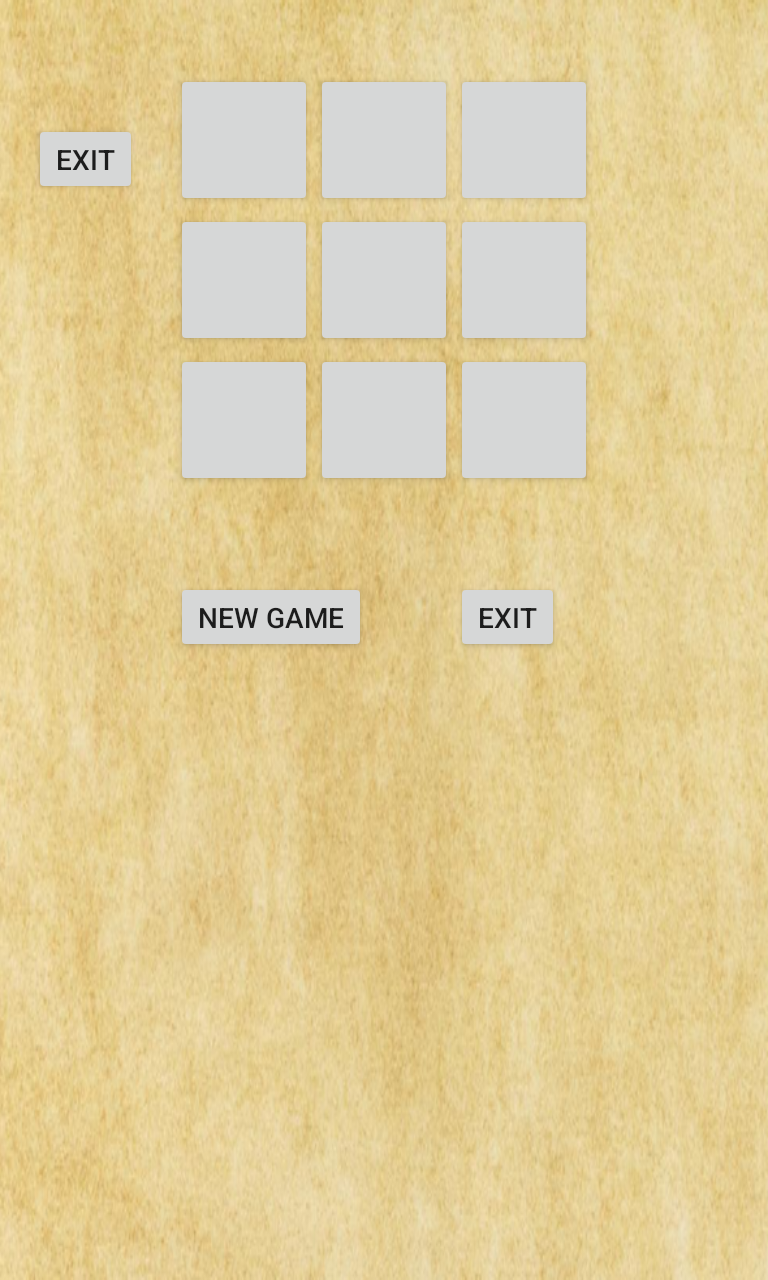
Repository: dtakiy/jogovelha
Layout: games/res/layout/activity_main.xml
An editor plug-in stored every save of this project. The layout is shown before and after the next save, followed by the edit.
It is drawn on a 768 x 1280 px phone screen (xhdpi) without system bars, with theme AppTheme; the app's code is not run.

Above is the layout before, as saved 2014-09-18 00:32:40.

After the next save:
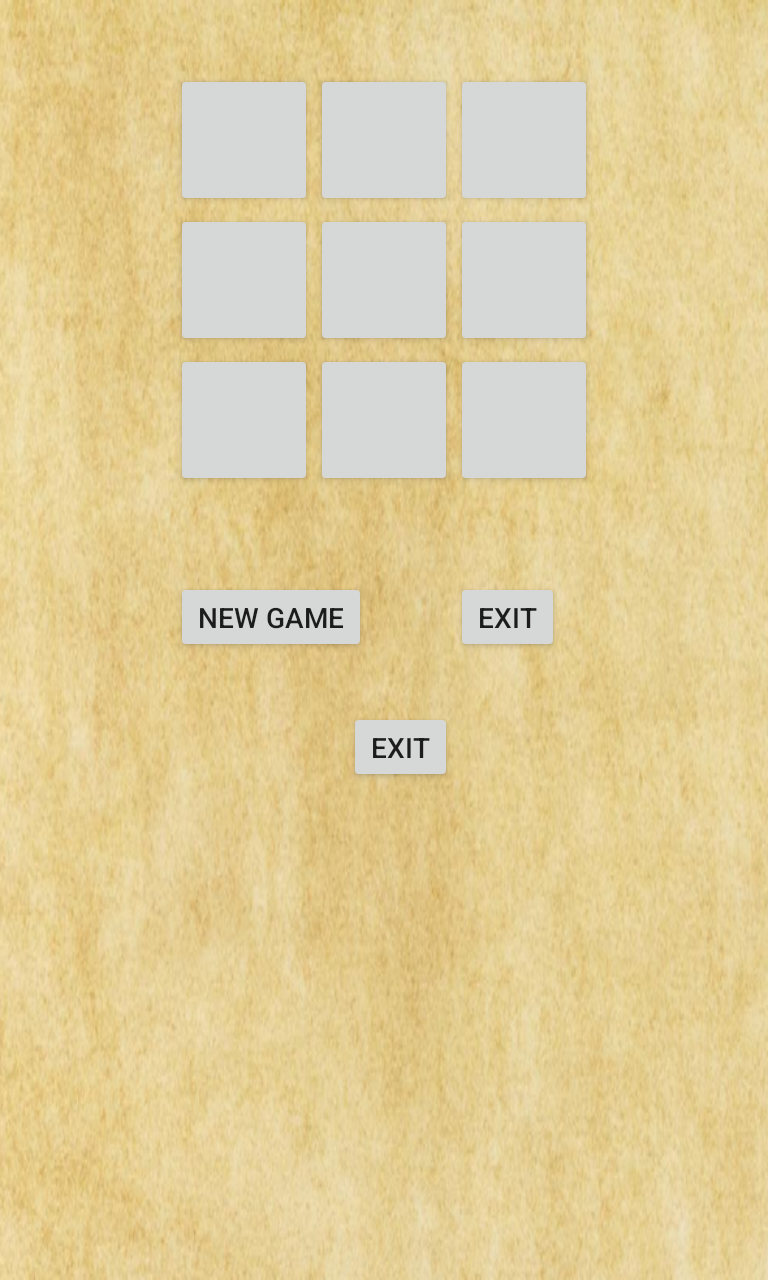
Saved 81 s later.
--- a/games/res/layout/activity_main.xml
+++ b/games/res/layout/activity_main.xml
@@ -125,12 +125,14 @@
 		    android:text="@string/sair" />
 
 	  <Button
-		    android:id="@+id/p1"
-		    android:layout_width="wrap_content"
-		    android:layout_height="wrap_content"
-		    android:layout_marginTop="44dp"
-		    android:minHeight="20dip"
-		    android:minWidth="20dip"
-		    android:text="@string/sair" />
+	      android:id="@+id/p1"
+	      android:layout_width="wrap_content"
+	      android:layout_height="wrap_content"
+	      android:layout_below="@+id/newgame"
+	      android:layout_marginTop="26dp"
+	      android:layout_toLeftOf="@+id/sair"
+	      android:minHeight="20dip"
+	      android:minWidth="20dip"
+	      android:text="@string/sair" />
 
 </RelativeLayout>
--- a/games/res/values/strings.xml
+++ b/games/res/values/strings.xml
@@ -6,5 +6,6 @@
     <string name="action_settings">Settings</string>
     <string name="sair">Exit</string>
     <string name="newgame">New Game</string>
+    <string name="p1">P1 Vs CPU</string>
 
 </resources>
